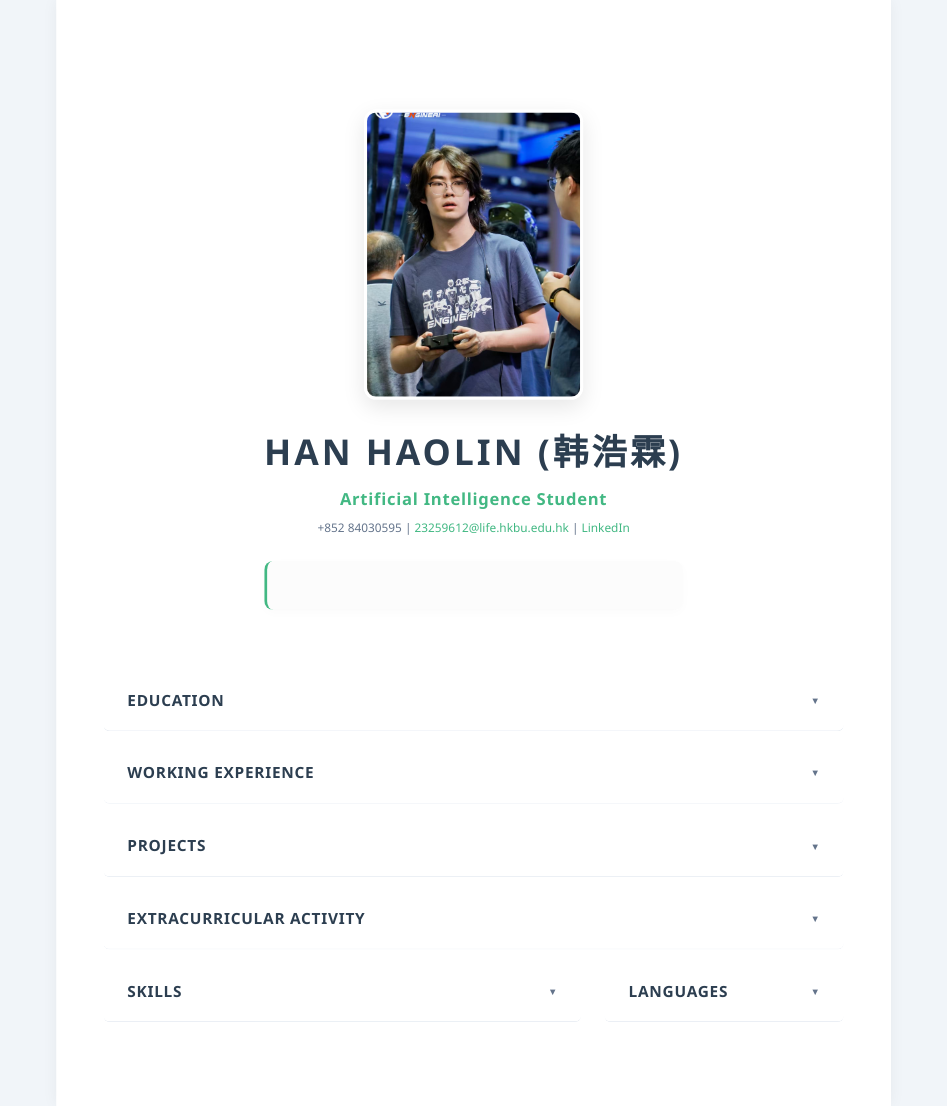
Repository: hhl2802149944-afk/hhl2802149944-afk.github.io
Page: /
The author's editor kept a copy of each file at every save. The page is drawn from the files as they stood at one save, then again after the next save.
The browser window is 1280 px wide. The pictures show the whole page, at 74% of full size.
The project was rebuilt for these pictures with package versions that can differ from the ones it lists, and the page was loaded fresh each time. Also part of the build but not shown: vite.config.js, src/components/ProjectCard.vue.

Above is the page before, as saved 2026-01-19 15:23:30.

After the next save:
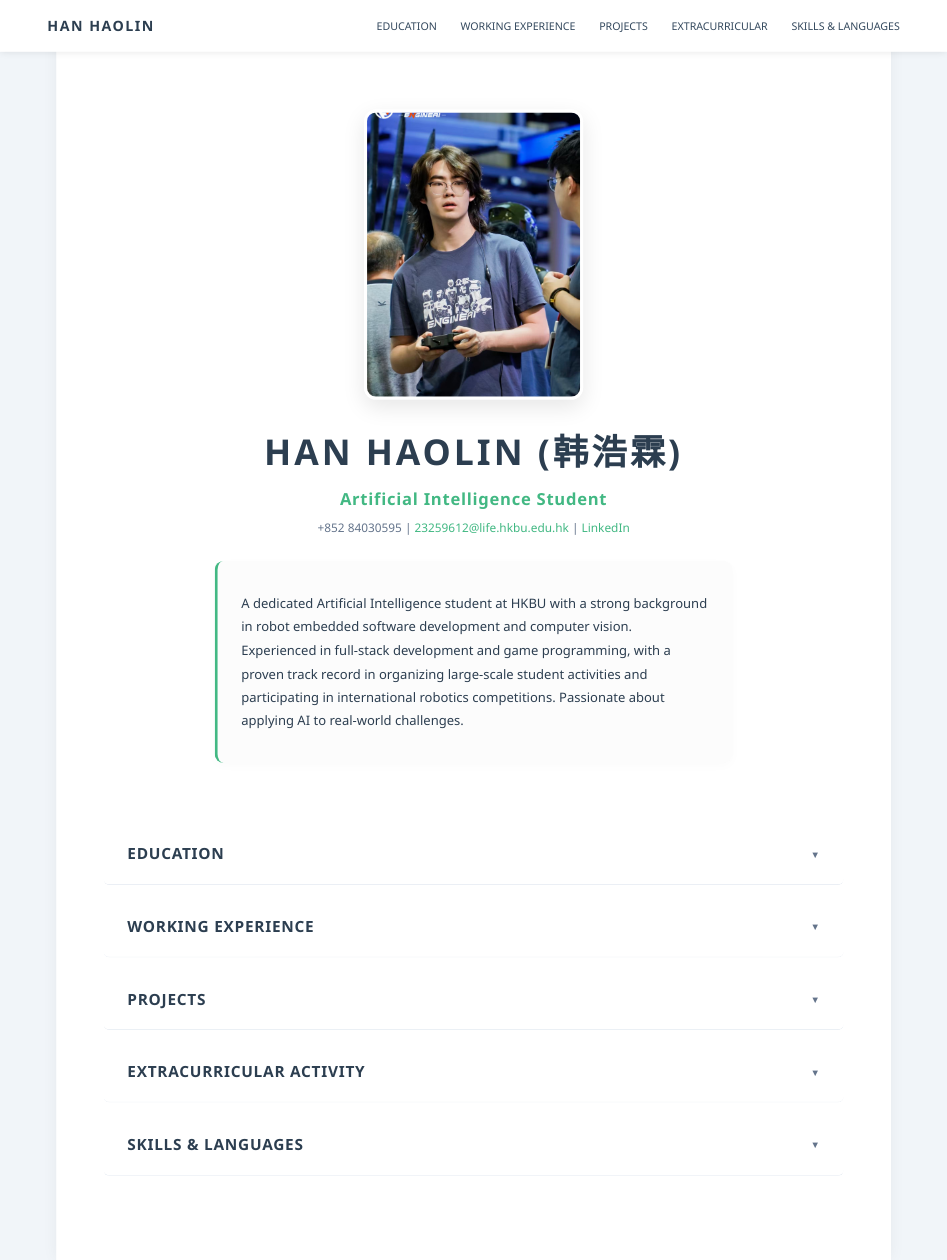
Saved 11 s later.
--- a/src/views/HomeView.vue
+++ b/src/views/HomeView.vue
@@ -112,14 +112,16 @@ const resumeData = {
 </script>
 
 <template>
+  <NavBar />
   <main class="resume-container">
     <ResumeHeader
       :name="resumeData.name"
       :title="resumeData.title"
       :contact="resumeData.contact"
+      :summary="resumeData.summary"
     />
 
-    <ResumeSection title="Education">
+    <ResumeSection title="Education" id="education">
       <div class="education-item">
         <div class="edu-header">
           <h3>{{ resumeData.education.school }}</h3>
@@ -130,7 +132,7 @@ const resumeData = {
       </div>
     </ResumeSection>
 
-    <ResumeSection title="Working Experience">
+    <ResumeSection title="Working Experience" id="experience">
       <ProjectCard
         v-for="(exp, index) in resumeData.experience"
         :key="index"
@@ -138,7 +140,7 @@ const resumeData = {
       />
     </ResumeSection>
 
-    <ResumeSection title="Projects">
+    <ResumeSection title="Projects" id="projects">
       <ProjectCard
         v-for="(proj, index) in resumeData.projects"
         :key="index"
@@ -146,7 +148,7 @@ const resumeData = {
       />
     </ResumeSection>
 
-    <ResumeSection title="Extracurricular Activity">
+    <ResumeSection title="Extracurricular Activity" id="extracurricular">
       <ProjectCard
         v-for="(item, index) in resumeData.extracurricular"
         :key="index"
@@ -154,8 +156,8 @@ const resumeData = {
       />
     </ResumeSection>
 
-    <div class="skills-lang-grid">
-      <ResumeSection title="Skills">
+    <ResumeSection title="Skills & Languages" id="skills">
+      <div class="skills-lang-grid">
         <div class="skills-grid">
           <div class="skill-category">
             <h4>Programming</h4>
@@ -176,17 +178,15 @@ const resumeData = {
             </div>
           </div>
         </div>
-      </ResumeSection>
-
-      <ResumeSection title="Languages">
+
         <div class="lang-list">
           <div v-for="lang in resumeData.languages" :key="lang.name" class="lang-item">
             <span class="lang-name">{{ lang.name }}</span>
             <span class="lang-level">{{ lang.level }}</span>
           </div>
         </div>
-      </ResumeSection>
-    </div>
+      </div>
+    </ResumeSection>
   </main>
 </template>
 
